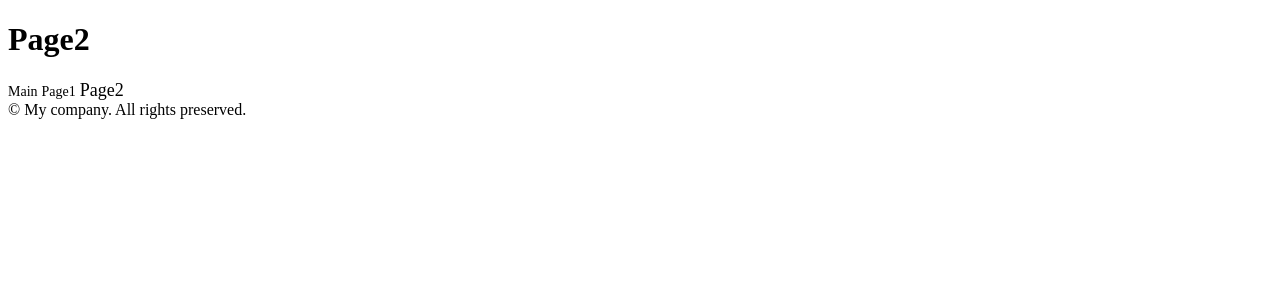
Repository: T72B/HTML
Page: page2.html
The author's editor kept a record of every edit. The page is drawn from the files as they stood at one moment, then again after the next edit.
The browser window is 1280 px wide. The pictures show the whole page.

Above is the page before.

### page2.html
<!DOCTYPE html>
<html>
    <head>
        <meta http-equiv="content-type" content="text/html; charset=UTF-8" />
        <link rel="stylesheet" href="css/style.css" type="text/css" />
        <title>Cloud9 IDE html page</title>
    </head>
    <body>
        <header>
            <h1>Page2</h1>
            <div class="menu">
                <a class="main-menu" href="index.html">Main</a>
                <a class="main-menu" href="page1.html">Page1</a>
                <a class="active" href="page2.html">Page2</a>
            </div>
        </header>

        <footer>
            <span>&copy; My company. All rights preserved.</span>
        </footer>
    </body>
</html>

### css/style.css
.menu a{
    color:#000;
    text-decoration:none;
}
.active{
    color:#c25522;
    font-size:18px;
}
.main-menu{
    font-size:14px;
}

After the next edit:
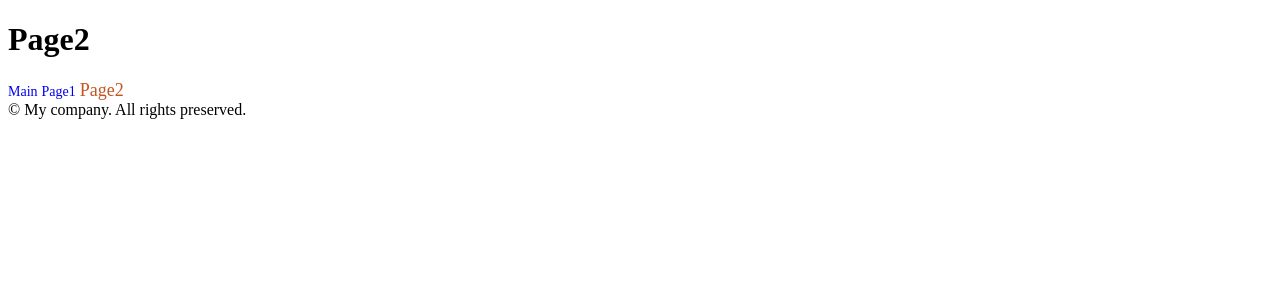
The edit:
--- a/css/style.css
+++ b/css/style.css
@@ -1,5 +1,5 @@
 .menu a{
-    color:#000;
+
     text-decoration:none;
 }
 .active{
